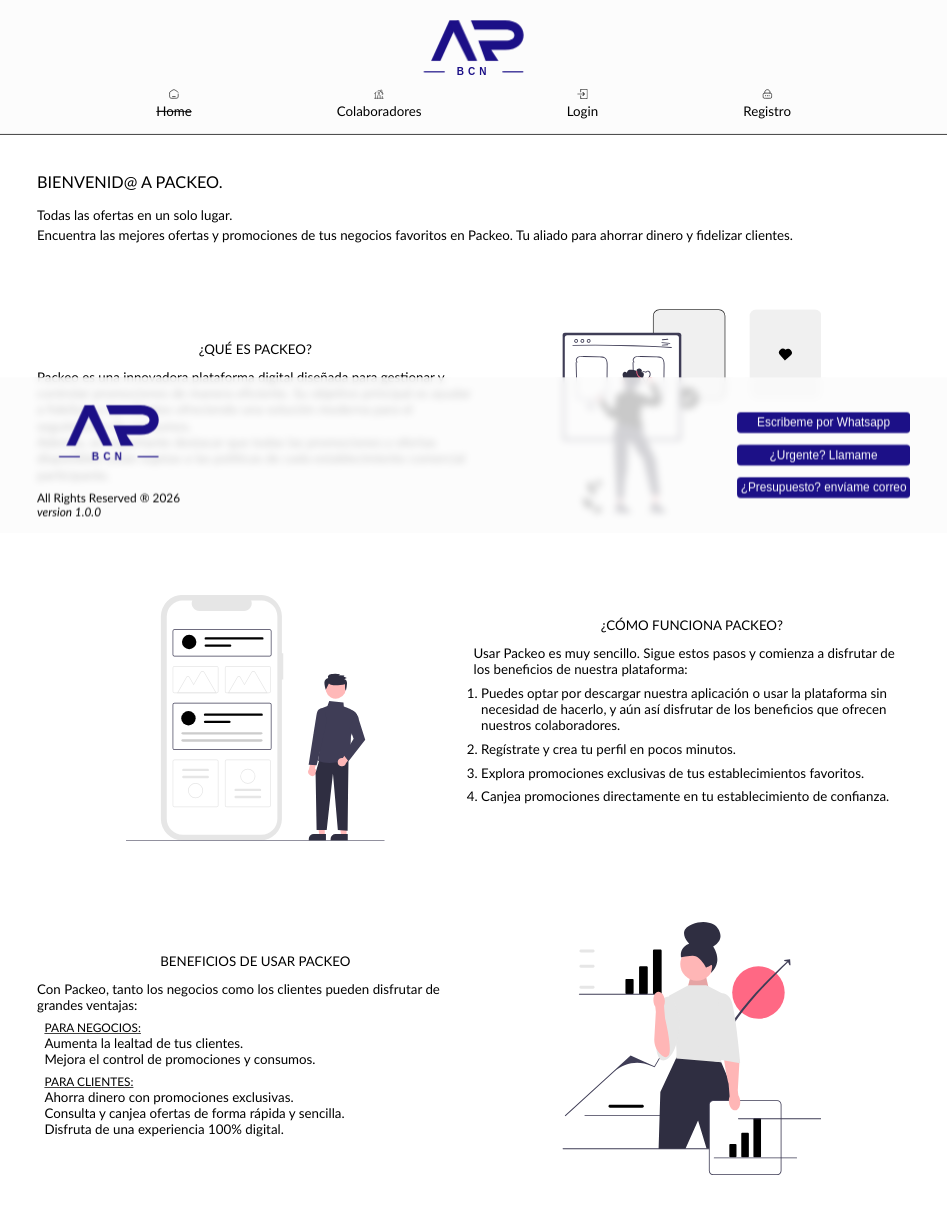
Repository: alupvcbarcelona/alupvcbarcelona-front
Page: /
The author's editor kept a copy of each file at every save. The page is drawn from the files as they stood at one save, then again after the next save.
The browser window is 1280 px wide. The pictures show the whole page, at 74% of full size.
The page's requests for data from a server got no answer. The project was rebuilt for these pictures with package versions that can differ from the ones it lists, and the page was loaded fresh each time. No one was signed in, and anything a server would have sent is missing. Also part of the build but not shown: vite.config.js, src/reducers/partner.reducer/partner.action.js, src/views/Pack/utils/content.js, src/views/Pack/Pack.css, src/views/Pack/Pack.jsx, src/views/404/utils.js, src/views/404/NotFound.css, src/views/404/NotFound.jsx and 6 more.

Above is the page before, as saved 2026-07-24 09:21:58.

After the next save:
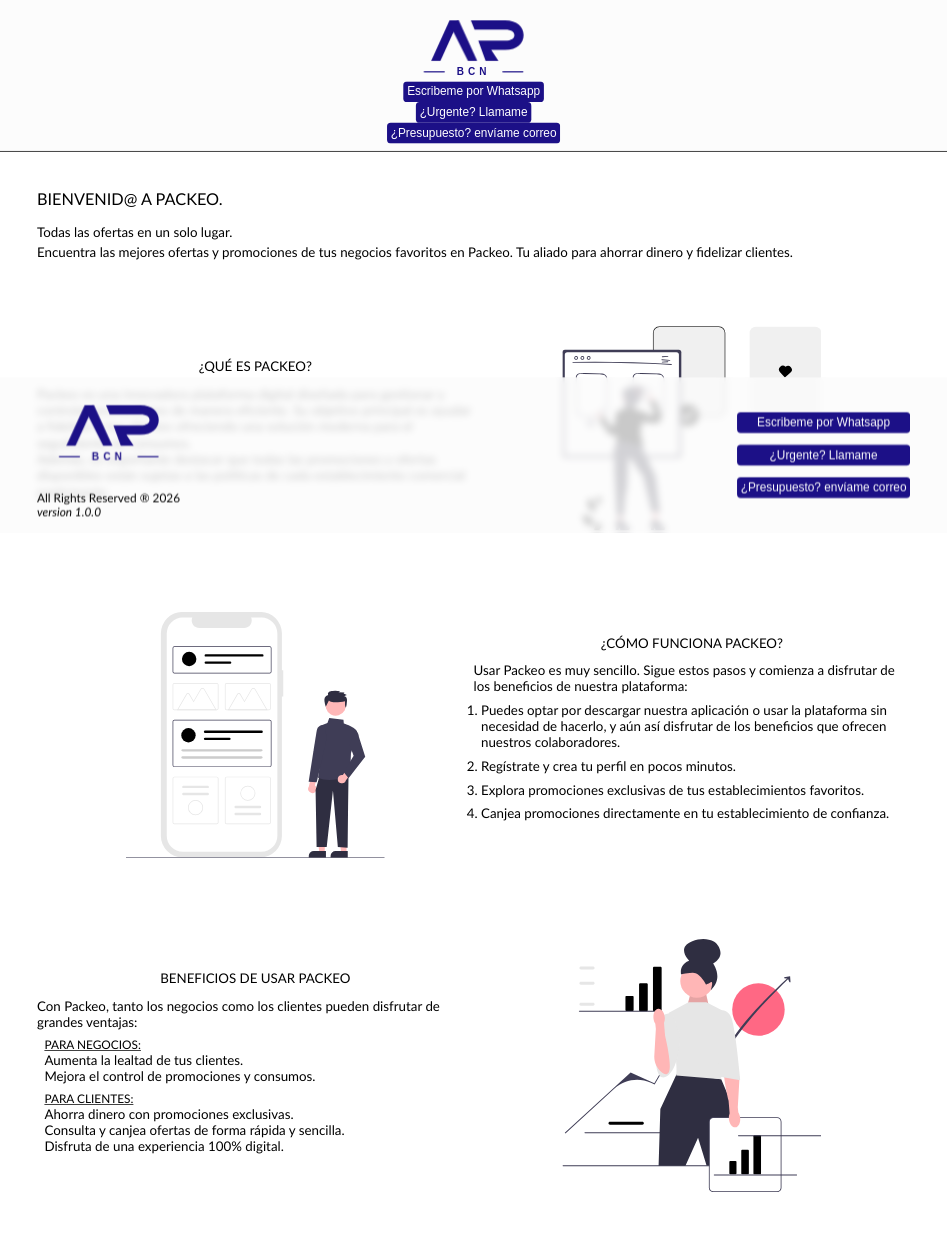
Saved 101 s later.
--- a/src/components/Header/Header.jsx
+++ b/src/components/Header/Header.jsx
@@ -9,6 +9,7 @@
 import menu from '/menu.svg'
 import login from '/login.svg'
 import AluPVCLogo from '../Logo/AluPVCLogo'
+import { handleCallPhone, handleEmail, handleWhatsapp } from '../Footer/utils'
 const Button = React.lazy(() => import('../Button/Button'))
 
 const Header = () => {
@@ -33,7 +34,7 @@
       <div className='header__content-logo'>
         <AluPVCLogo />
       </div>
-      {width >= 510 ? (
+      {/* {width >= 510 ? (
         <div className='header__content-navbar'>
           <ul>
             {navbar?.map((item, index) => (
@@ -92,7 +93,28 @@
             )}
           </ul>
         </div>
-      )}
+      )} */}
+      <Button
+            ariaLabel="Whatsapp"
+            p="5px"
+            br="5px"
+            children="Escribeme por Whatsapp"
+            onClick={handleWhatsapp}
+          />
+          <Button
+            ariaLabel="Teléfono"
+            p="5px"
+            br="5px"
+            children="¿Urgente? Llamame"
+            onClick={handleCallPhone}
+          />
+          <Button
+            ariaLabel="Email"
+            p="5px"
+            br="5px"
+            children="¿Presupuesto? envíame correo"
+            onClick={handleEmail}
+          />
     </header>
   )
 }
